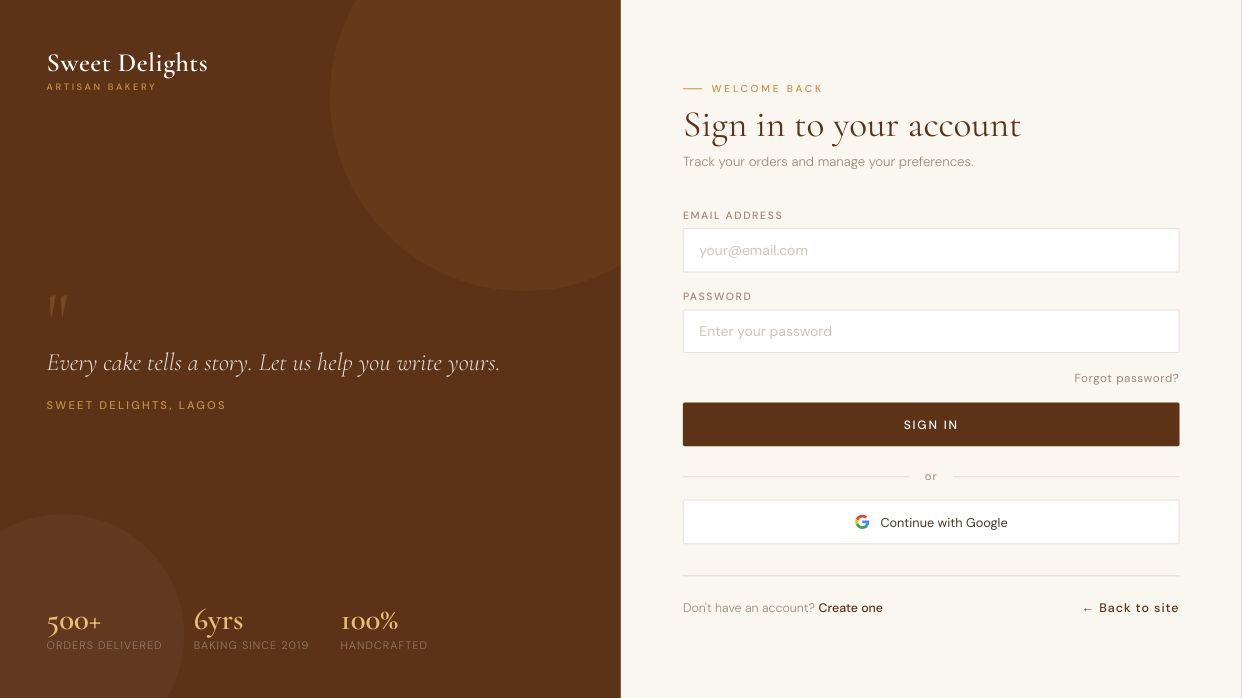
Repository: Jessic-asomugha/your-treat
Page: public/auth/login.html
These files come from the project's save history. The page is drawn as it stood at one moment and after the next save; the edit follows.
The browser window is 1280 px wide. The pictures show the whole page, at 97% of full size.

Above is the page before, as saved 2026-03-19 13:08:39.

### public/auth/login.html
<!DOCTYPE html>
<html lang="en">
<head>
  <meta charset="UTF-8" />
  <meta name="viewport" content="width=device-width, initial-scale=1.0" />
  <title>Login – Sweet Delights Bakery</title>
  <link rel="preconnect" href="https://fonts.googleapis.com">
  <link rel="preconnect" href="https://fonts.gstatic.com" crossorigin>
  <link href="https://fonts.googleapis.com/css2?family=Cormorant+Garamond:ital,wght@0,300;0,400;0,600;1,300;1,400&family=DM+Sans:wght@300;400;500&display=swap" rel="stylesheet">
  <style>
    *, *::before, *::after { margin: 0; padding: 0; box-sizing: border-box; }

    :root {
      --brown:      #5C3317;
      --brown-mid:  #7A4728;
      --gold:       #C4924A;
      --gold-light: #E8C078;
      --cream:      #FAF6F0;
      --cream-dark: #F2E8D9;
      --ink:        #1C1410;
      --ink-mid:    #4A3728;
      --stone:      #9E8A78;
      --border:     rgba(92,51,23,0.14);
      --error:      #9B2C2C;
      --success:    #276749;
    }

    body {
      font-family: 'DM Sans', sans-serif;
      background: var(--cream);
      color: var(--ink);
      min-height: 100vh;
      display: grid;
      grid-template-columns: 1fr 1fr;
    }

    /* ── LEFT PANEL ── */
    .panel-left {
      background: var(--brown);
      display: flex;
      flex-direction: column;
      justify-content: space-between;
      padding: 3rem;
      position: relative;
      overflow: hidden;
    }

    .panel-left::before {
      content: '';
      position: absolute;
      top: -100px; right: -100px;
      width: 400px; height: 400px;
      border-radius: 50%;
      background: rgba(196,146,74,0.08);
    }

    .panel-left::after {
      content: '';
      position: absolute;
      bottom: -60px; left: -60px;
      width: 250px; height: 250px;
      border-radius: 50%;
      background: rgba(255,255,255,0.03);
    }

    .panel-logo {
      position: relative;
      z-index: 1;
    }

    .logo-main {
      font-family: 'Cormorant Garamond', serif;
      font-size: 1.7rem;
      font-weight: 600;
      color: #fff;
      letter-spacing: 0.02em;
      display: block;
    }

    .logo-sub {
      font-size: 0.6rem;
      letter-spacing: 0.28em;
      text-transform: uppercase;
      color: var(--gold);
      font-weight: 500;
      margin-top: 2px;
      display: block;
    }

    .panel-quote {
      position: relative;
      z-index: 1;
    }

    .quote-mark {
      font-family: 'Cormorant Garamond', serif;
      font-size: 5rem;
      color: rgba(196,146,74,0.25);
      line-height: 1;
      margin-bottom: -1rem;
    }

    .quote-text {
      font-family: 'Cormorant Garamond', serif;
      font-size: 1.6rem;
      font-weight: 300;
      font-style: italic;
      color: rgba(255,255,255,0.85);
      line-height: 1.4;
      margin-bottom: 1rem;
    }

    .quote-author {
      font-size: 0.72rem;
      letter-spacing: 0.2em;
      text-transform: uppercase;
      color: var(--gold);
      font-weight: 500;
    }

    .panel-bottom {
      position: relative;
      z-index: 1;
    }

    .panel-stat {
      display: flex;
      gap: 2rem;
    }

    .stat-item { }

    .stat-num {
      font-family: 'Cormorant Garamond', serif;
      font-size: 2rem;
      font-weight: 600;
      color: var(--gold-light);
      display: block;
      line-height: 1;
    }

    .stat-label {
      font-size: 0.7rem;
      letter-spacing: 0.1em;
      text-transform: uppercase;
      color: rgba(255,255,255,0.35);
      font-weight: 300;
      margin-top: 0.25rem;
      display: block;
    }

    /* ── RIGHT PANEL ── */
    .panel-right {
      display: flex;
      flex-direction: column;
      justify-content: center;
      padding: 3rem 4rem;
      background: var(--cream);
    }

    .form-header {
      margin-bottom: 2.5rem;
    }

    .form-eyebrow {
      font-size: 0.65rem;
      letter-spacing: 0.28em;
      text-transform: uppercase;
      color: var(--gold);
      font-weight: 500;
      margin-bottom: 0.6rem;
      display: flex;
      align-items: center;
      gap: 0.6rem;
    }

    .form-eyebrow::before {
      content: '';
      display: inline-block;
      width: 20px; height: 1px;
      background: var(--gold);
    }

    .form-title {
      font-family: 'Cormorant Garamond', serif;
      font-size: 2.4rem;
      font-weight: 400;
      color: var(--brown);
      line-height: 1.1;
      margin-bottom: 0.5rem;
    }

    .form-subtitle {
      font-size: 0.85rem;
      color: var(--stone);
      font-weight: 300;
    }

    /* Alert */
    .alert {
      display: none;
      padding: 0.85rem 1rem;
      border-radius: 2px;
      font-size: 0.82rem;
      font-weight: 400;
      margin-bottom: 1.25rem;
    }

    .alert.show { display: block; }

    .alert-error {
      background: rgba(155,44,44,0.08);
      color: var(--error);
      border: 1px solid rgba(155,44,44,0.2);
    }

    .alert-success {
      background: rgba(39,103,73,0.08);
      color: var(--success);
      border: 1px solid rgba(39,103,73,0.2);
    }

    /* Form fields */
    .field {
      display: flex;
      flex-direction: column;
      gap: 0.4rem;
      margin-bottom: 1.1rem;
    }

    .field label {
      font-size: 0.68rem;
      letter-spacing: 0.15em;
      text-transform: uppercase;
      font-weight: 500;
      color: var(--stone);
    }

    .field input {
      padding: 0.8rem 1rem;
      border: 1px solid var(--border);
      border-radius: 2px;
      font-family: 'DM Sans', sans-serif;
      font-size: 0.9rem;
      color: var(--ink);
      background: #fff;
      transition: border-color 0.2s;
    }

    .field input:focus {
      outline: none;
      border-color: var(--gold);
    }

    .field input::placeholder { color: rgba(158,138,120,0.5); }

    .field-row {
      display: flex;
      justify-content: space-between;
      align-items: center;
      margin-bottom: 1.1rem;
    }

    .forgot-link {
      font-size: 0.75rem;
      color: var(--stone);
      text-decoration: none;
      letter-spacing: 0.05em;
      transition: color 0.2s;
    }

    .forgot-link:hover { color: var(--brown); }

    /* Buttons */
    .btn-primary {
      width: 100%;
      padding: 0.9rem;
      background: var(--brown);
      color: #fff;
      border: none;
      border-radius: 2px;
      font-family: 'DM Sans', sans-serif;
      font-size: 0.78rem;
      letter-spacing: 0.15em;
      text-transform: uppercase;
      font-weight: 500;
      cursor: pointer;
      transition: background 0.2s, transform 0.2s;
      margin-bottom: 1rem;
    }

    .btn-primary:hover { background: var(--brown-mid); transform: translateY(-1px); }
    .btn-primary:disabled { opacity: 0.5; cursor: not-allowed; transform: none; }

    .divider {
      display: flex;
      align-items: center;
      gap: 1rem;
      margin: 0.5rem 0 1rem;
      color: var(--stone);
      font-size: 0.72rem;
      letter-spacing: 0.1em;
    }

    .divider::before,
    .divider::after {
      content: '';
      flex: 1;
      height: 1px;
      background: var(--border);
    }

    .btn-google {
      width: 100%;
      padding: 0.85rem;
      background: #fff;
      color: var(--ink-mid);
      border: 1px solid var(--border);
      border-radius: 2px;
      font-family: 'DM Sans', sans-serif;
      font-size: 0.82rem;
      font-weight: 400;
      cursor: pointer;
      display: flex;
      align-items: center;
      justify-content: center;
      gap: 0.65rem;
      transition: border-color 0.2s, background 0.2s;
      margin-bottom: 2rem;
    }

    .btn-google:hover { border-color: var(--gold); background: var(--cream); }

    .form-footer {
      padding-top: 1.5rem;
      border-top: 1px solid var(--border);
      display: flex;
      justify-content: space-between;
      align-items: center;
    }

    .form-footer p {
      font-size: 0.8rem;
      color: var(--stone);
      font-weight: 300;
    }

    .form-footer a {
      font-size: 0.8rem;
      color: var(--brown);
      text-decoration: none;
      font-weight: 500;
      transition: color 0.2s;
    }

    .form-footer a:hover { color: var(--gold); }

    .back-link {
      display: inline-flex;
      align-items: center;
      gap: 0.4rem;
      font-size: 0.72rem;
      color: var(--stone);
      text-decoration: none;
      letter-spacing: 0.08em;
      transition: color 0.2s;
    }

    .back-link:hover { color: var(--brown); }

    /* Responsive */
    @media (max-width: 768px) {
      body { grid-template-columns: 1fr; }
      .panel-left { display: none; }
      .panel-right { padding: 2.5rem 1.5rem; justify-content: flex-start; padding-top: 3rem; }
    }
  </style>
</head>
<body>

  <!-- LEFT PANEL -->
  <div class="panel-left">
    <div class="panel-logo">
      <span class="logo-main">Sweet Delights</span>
      <span class="logo-sub">Artisan Bakery</span>
    </div>

    <div class="panel-quote">
      <div class="quote-mark">"</div>
      <p class="quote-text">Every cake tells a story. Let us help you write yours.</p>
      <span class="quote-author">Sweet Delights, Lagos</span>
    </div>

    <div class="panel-bottom">
      <div class="panel-stat">
        <div class="stat-item">
          <span class="stat-num">500+</span>
          <span class="stat-label">Orders delivered</span>
        </div>
        <div class="stat-item">
          <span class="stat-num">6yrs</span>
          <span class="stat-label">Baking since 2019</span>
        </div>
        <div class="stat-item">
          <span class="stat-num">100%</span>
          <span class="stat-label">Handcrafted</span>
        </div>
      </div>
    </div>
  </div>

  <!-- RIGHT PANEL -->
  <div class="panel-right">

    <div class="form-header">
      <p class="form-eyebrow">Welcome back</p>
      <h1 class="form-title">Sign in to your account</h1>
      <p class="form-subtitle">Track your orders and manage your preferences.</p>
    </div>

    <div id="alertMessage" class="alert"></div>

    <div class="field">
      <label for="email">Email address</label>
      <input type="email" id="email" placeholder="your@email.com" required autocomplete="email" />
    </div>

    <div class="field">
      <label for="password">Password</label>
      <input type="password" id="password" placeholder="Enter your password" required autocomplete="current-password" />
    </div>

    <div class="field-row">
      <span></span>
      <a href="forgot-password.html" class="forgot-link">Forgot password?</a>
    </div>

    <button class="btn-primary" id="loginBtn" onclick="handleLogin()">Sign In</button>

    <div class="divider">or</div>

    <button class="btn-google" id="googleBtn" onclick="handleGoogle()">
      <svg width="16" height="16" viewBox="0 0 24 24">
        <path fill="#4285F4" d="M22.56 12.25c0-.78-.07-1.53-.2-2.25H12v4.26h5.92c-.26 1.37-1.04 2.53-2.21 3.31v2.77h3.57c2.08-1.92 3.28-4.74 3.28-8.09z"/>
        <path fill="#34A853" d="M12 23c2.97 0 5.46-.98 7.28-2.66l-3.57-2.77c-.98.66-2.23 1.06-3.71 1.06-2.86 0-5.29-1.93-6.16-4.53H2.18v2.84C3.99 20.53 7.7 23 12 23z"/>
        <path fill="#FBBC05" d="M5.84 14.09c-.22-.66-.35-1.36-.35-2.09s.13-1.43.35-2.09V7.07H2.18C1.43 8.55 1 10.22 1 12s.43 3.45 1.18 4.93l2.85-2.22.81-.62z"/>
        <path fill="#EA4335" d="M12 5.38c1.62 0 3.06.56 4.21 1.64l3.15-3.15C17.45 2.09 14.97 1 12 1 7.7 1 3.99 3.47 2.18 7.07l3.66 2.84c.87-2.6 3.3-4.53 6.16-4.53z"/>
      </svg>
      Continue with Google
    </button>

    <div class="form-footer">
      <p>Don't have an account? <a href="register.html">Create one</a></p>
      <a href="../index.html" class="back-link">
        ← Back to site
      </a>
    </div>

  </div>

  <script>
    function showAlert(msg, type) {
      const el = document.getElementById('alertMessage');
      el.textContent = msg;
      el.className = 'alert alert-' + type + ' show';
    }

    function handleLogin() {
      const email    = document.getElementById('email').value.trim();
      const password = document.getElementById('password').value;
      const btn      = document.getElementById('loginBtn');

      if (!email || !password) {
        showAlert('Please enter your email and password.', 'error');
        return;
      }

      btn.disabled = true;
      btn.textContent = 'Signing in…';

      // ── BACKEND PLACEHOLDER ──
      // Replace this block with your real API call e.g.:
      // const res = await fetch('/api/auth/login', { method:'POST', body: JSON.stringify({email,password}) });
      // const data = await res.json();
      // if (data.token) { localStorage.setItem('token', data.token); window.location.href = '../index.html'; }
      // else { showAlert(data.message, 'error'); }

      // Temporary local auth fallback (remove when backend is live):
      if (window.dataManager) {
        const result = window.dataManager.login(email, password);
        if (result && result.success) {
          showAlert('Login successful! Redirecting…', 'success');
          setTimeout(() => { window.location.href = result.isAdmin ? '../admin/admin-index.html' : '../index.html'; }, 1000);
        } else {
          showAlert('Invalid email or password. Please try again.', 'error');
          btn.disabled = false;
          btn.textContent = 'Sign In';
        }
      } else {
        showAlert('Auth service unavailable. Please try again.', 'error');
        btn.disabled = false;
        btn.textContent = 'Sign In';
      }
    }

    function handleGoogle() {
      // ── BACKEND PLACEHOLDER ──
      // Replace with your Google OAuth flow:
      // window.location.href = '/api/auth/google';
      alert('Google sign-in will be available once the backend is connected.');
    }

    // Allow Enter key to submit
    document.addEventListener('keydown', (e) => {
      if (e.key === 'Enter') handleLogin();
    });
  </script>

  <!-- Load data manager only while backend is pending — remove once API is live -->
  <script src="../js/simple-data-manager.js"></script>

</body>
</html>

### public/js/simple-data-manager.js
/**
 * Simple Data Manager - Pure Frontend (localStorage)
 * No Firebase, no backend, just works!
 */

class SimpleDataManager {
  constructor() {
    this.initializeDefaultData();
  }

  // ==========================================
  // INITIALIZATION
  // ==========================================

  initializeDefaultData() {
    // Initialize cakes if not exists
    if (!localStorage.getItem('bakery_cakes')) {
      const defaultCakes = [
        {
          id: 'cake_1',
          name: 'Chocolate Delight',
          description: 'Rich chocolate sponge with creamy chocolate frosting',
          price: 15000,
          category: 'Classic',
          sizes: ['6 inch', '8 inch', '10 inch', '12 inch'],
          layers: [2, 3, 4],
          flavors: ['Dark Chocolate', 'Milk Chocolate', 'White Chocolate'],
          image: 'images/chocolate cake.jpg',
          available: true
        },
        {
          id: 'cake_2',
          name: 'Vanilla Dream',
          description: 'Classic vanilla cake with smooth buttercream frosting',
          price: 12000,
          category: 'Classic',
          sizes: ['6 inch', '8 inch', '10 inch'],
          layers: [2, 3],
          flavors: ['Madagascar Vanilla', 'French Vanilla', 'Vanilla Buttercream'],
          image: 'images/vanilla cake.jpg',
          available: true
        },
        {
          id: 'cake_3',
          name: 'Red Velvet Romance',
          description: 'Soft red velvet cake with rich cream cheese frosting',
          price: 18000,
          category: 'Premium',
          sizes: ['8 inch', '10 inch', '12 inch'],
          layers: [3, 4],
          flavors: ['Traditional Red Velvet', 'Raspberry Red Velvet'],
          image: 'images/red velvet cake.jpg',
          available: true
        },
        {
          id: 'cake_4',
          name: 'Strawberry Passion',
          description: 'Fresh strawberries layered with light cream',
          price: 16000,
          category: 'Classic',
          sizes: ['6 inch', '8 inch', '10 inch'],
          layers: [2, 3],
          flavors: ['Fresh Strawberry', 'Strawberry Cream'],
          image: 'images/strawberry cake.jpg',
          available: true
        },
        {
          id: 'cake_5',
          name: 'Lemon Bliss',
          description: 'Zesty lemon cake with tangy lemon filling',
          price: 14000,
          category: 'Classic',
          sizes: ['6 inch', '8 inch', '10 inch'],
          layers: [2, 3],
          flavors: ['Lemon Curd', 'Lemon Buttercream', 'Lemon Raspberry'],
          image: 'images/chocolate cake.jpg',
          available: true
        },
        {
          id: 'cake_6',
          name: 'Caramel Heaven',
          description: 'Decadent caramel layers with smooth caramel drizzle',
          price: 20000,
          category: 'Premium',
          sizes: ['8 inch', '10 inch', '12 inch'],
          layers: [3, 4],
          flavors: ['Salted Caramel', 'Caramel Pecan', 'Dulce de Leche'],
          image: 'images/chocolate cake.jpg',
          available: true
        }
      ];

      localStorage.setItem('bakery_cakes', JSON.stringify(defaultCakes));
    }

    // Initialize orders array if not exists
    if (!localStorage.getItem('bakery_orders')) {
      localStorage.setItem('bakery_orders', JSON.stringify([]));
    }

    // Initialize messages array if not exists
    if (!localStorage.getItem('bakery_messages')) {
      localStorage.setItem('bakery_messages', JSON.stringify([]));
    }

    // Initialize admin users
    if (!localStorage.getItem('bakery_admins')) {
      // Default admin credentials
      const admins = [
        {
          email: 'admin@sweetdelights.com',
          password: 'admin123',
          name: 'Admin User'
        }
      ];
      localStorage.setItem('bakery_admins', JSON.stringify(admins));
    }
  }

  // ==========================================
  // AUTHENTICATION
  // ==========================================

  login(email, password) {
    // Check if admin
    const admins = JSON.parse(localStorage.getItem('bakery_admins') || '[]');
    const admin = admins.find(a => a.email === email && a.password === password);

    if (admin) {
      const session = {
        email: admin.email,
        name: admin.name,
        isAdmin: true,
        loginTime: Date.now()
      };
      localStorage.setItem('current_user', JSON.stringify(session));
      return { success: true, isAdmin: true, user: session };
    }

    return { success: false, message: 'Invalid credentials' };
  }

  logout() {
    localStorage.removeItem('current_user');
  }

  getCurrentUser() {
    const user = localStorage.getItem('current_user');
    return user ? JSON.parse(user) : null;
  }

  isAdmin() {
    const user = this.getCurrentUser();
    return user && user.isAdmin === true;
  }

  // ==========================================
  // CAKES
  // ==========================================

  getCakes() {
    return JSON.parse(localStorage.getItem('bakery_cakes') || '[]');
  }

  getAvailableCakes() {
    return this.getCakes().filter(cake => cake.available);
  }

  getCakeById(id) {
    const cakes = this.getCakes();
    return cakes.find(cake => cake.id === id);
  }

  saveCake(cakeData) {
    const cakes = this.getCakes();

    if (!cakeData.id) {
      cakeData.id = 'cake_' + Date.now();
    }

    const index = cakes.findIndex(c => c.id === cakeData.id);

    if (index >= 0) {
      cakes[index] = cakeData;
    } else {
      cakes.push(cakeData);
    }

    localStorage.setItem('bakery_cakes', JSON.stringify(cakes));
    return cakeData;
  }

  deleteCake(id) {
    let cakes = this.getCakes();
    cakes = cakes.filter(cake => cake.id !== id);
    localStorage.setItem('bakery_cakes', JSON.stringify(cakes));
  }

  // ==========================================
  // ORDERS
  // ==========================================

  createOrder(orderData) {
    const orders = this.getOrders();

    const orderId = 'ORD' + Date.now().toString(36).toUpperCase() + Math.random().toString(36).substr(2, 5).toUpperCase();

    const order = {
      id: orderId,
      ...orderData,
      status: 'Pending',
      createdAt: Date.now()
    };

    orders.push(order);
    localStorage.setItem('bakery_orders', JSON.stringify(orders));

    return order;
  }

  getOrders() {
    const orders = JSON.parse(localStorage.getItem('bakery_orders') || '[]');
    return orders.sort((a, b) => b.createdAt - a.createdAt);
  }

  getOrderById(id) {
    const orders = this.getOrders();
    return orders.find(order => order.id === id);
  }

  getOrdersByStatus(status) {
    return this.getOrders().filter(order => order.status === status);
  }

  updateOrderStatus(orderId, newStatus) {
    const orders = this.getOrders();
    const order = orders.find(o => o.id === orderId);

    if (order) {
      order.status = newStatus;
      order.updatedAt = Date.now();
      localStorage.setItem('bakery_orders', JSON.stringify(orders));

      // Trigger custom event for real-time updates
      window.dispatchEvent(new CustomEvent('ordersChanged', { detail: orders }));
    }
  }

  cancelOrder(orderId) {
    this.updateOrderStatus(orderId, 'Cancelled');
  }

  getOrderStats() {
    const orders = this.getOrders();

    const stats = {
      total: orders.length,
      pending: orders.filter(o => o.status === 'Pending').length,
      confirmed: orders.filter(o => o.status === 'Confirmed').length,
      baking: orders.filter(o => o.status === 'Baking').length,
      delivered: orders.filter(o => o.status === 'Delivered').length,
      cancelled: orders.filter(o => o.status === 'Cancelled').length
    };

    // Today's stats
    const today = new Date().toDateString();
    const todayOrders = orders.filter(o => new Date(o.createdAt).toDateString() === today);

    stats.todayTotal = todayOrders.length;
    stats.todayDelivered = todayOrders.filter(o => o.status === 'Delivered').length;

    return stats;
  }

  // ==========================================
  // MESSAGES
  // ==========================================

  sendMessage(messageData) {
    const messages = this.getMessages();

    const messageId = 'msg_' + Date.now() + '_' + Math.random().toString(36).substr(2, 9);

    const message = {
      id: messageId,
      ...messageData,
      timestamp: Date.now()
    };

    messages.push(message);
    localStorage.setItem('bakery_messages', JSON.stringify(messages));

    // Trigger custom event
    window.dispatchEvent(new CustomEvent('messagesChanged', { detail: messages }));

    return message;
  }

  getMessages() {
    return JSON.parse(localStorage.getItem('bakery_messages') || '[]').sort((a, b) => a.timestamp - b.timestamp);
  }

  getUnreadMessageCount() {
    const messages = this.getMessages();
    return messages.filter(m => !m.isAdmin).length;
  }

  // ==========================================
  // EVENT LISTENERS (for real-time updates)
  // ==========================================

  onOrdersChange(callback) {
    window.addEventListener('ordersChanged', (e) => {
      callback(e.detail);
    });
  }

  onMessagesChange(callback) {
    window.addEventListener('messagesChanged', (e) => {
      callback(e.detail);
    });
  }
}

// Create global instance
window.dataManager = new SimpleDataManager();

console.log('✅ Simple Data Manager initialized (localStorage only)');

After the next save:
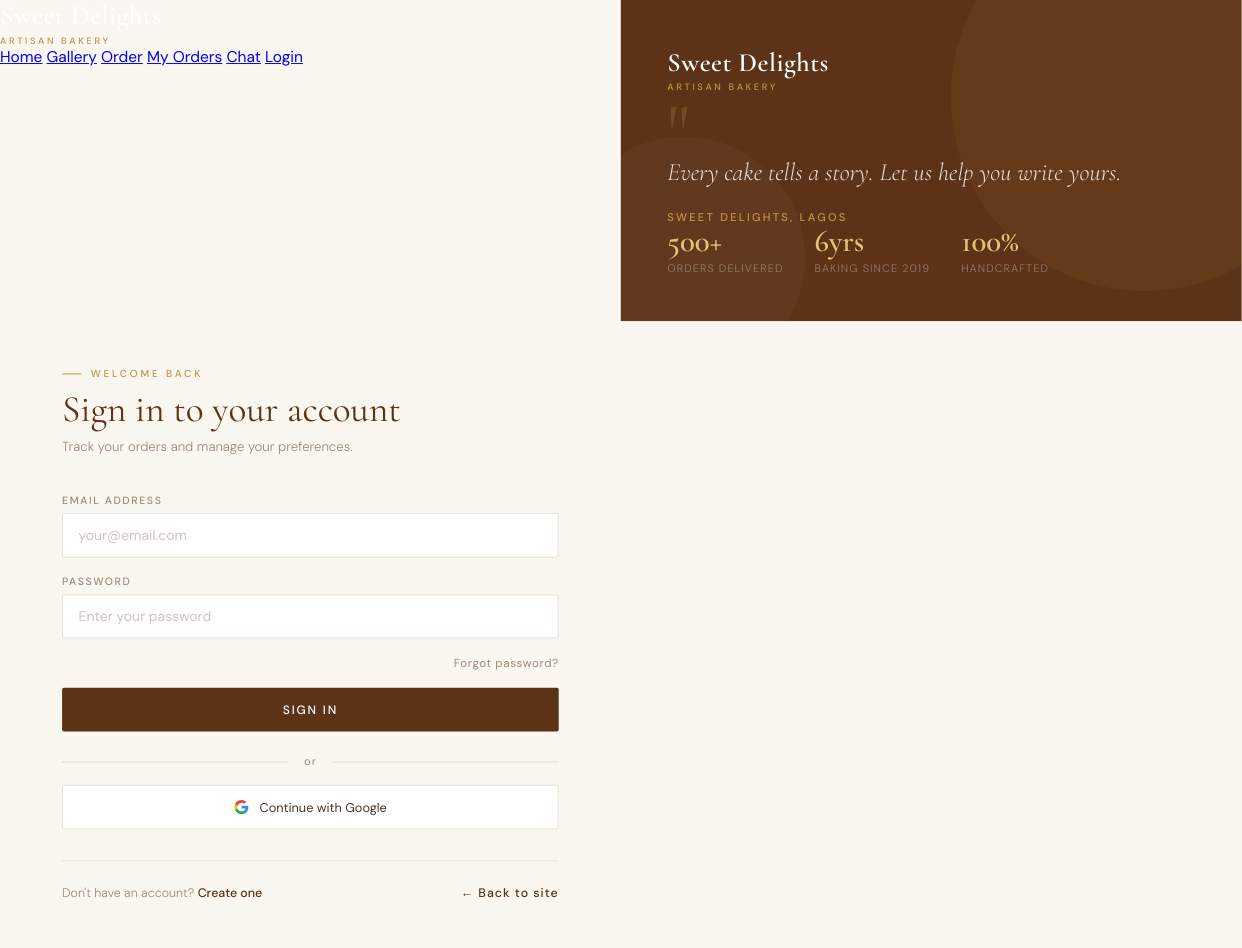
Saved 15 s later.
--- a/public/auth/login.html
+++ b/public/auth/login.html
@@ -378,6 +378,22 @@
 </head>
 <body>
 
+  <!-- HEADER -->
+  <header class="header">
+    <div class="logo-wrap">
+      <span class="logo-main">Sweet Delights</span>
+      <span class="logo-sub">Artisan Bakery</span>
+    </div>
+    <nav class="nav">
+      <a href="../index.html">Home</a>
+      <a href="../gallery.html">Gallery</a>
+      <a href="../order.html">Order</a>
+      <a href="../my-orders.html">My Orders</a>
+      <a href="../chat.html">Chat</a>
+      <a href="login.html" class="nav-cta">Login</a>
+    </nav>
+  </header>
+
   <!-- LEFT PANEL -->
   <div class="panel-left">
     <div class="panel-logo">
